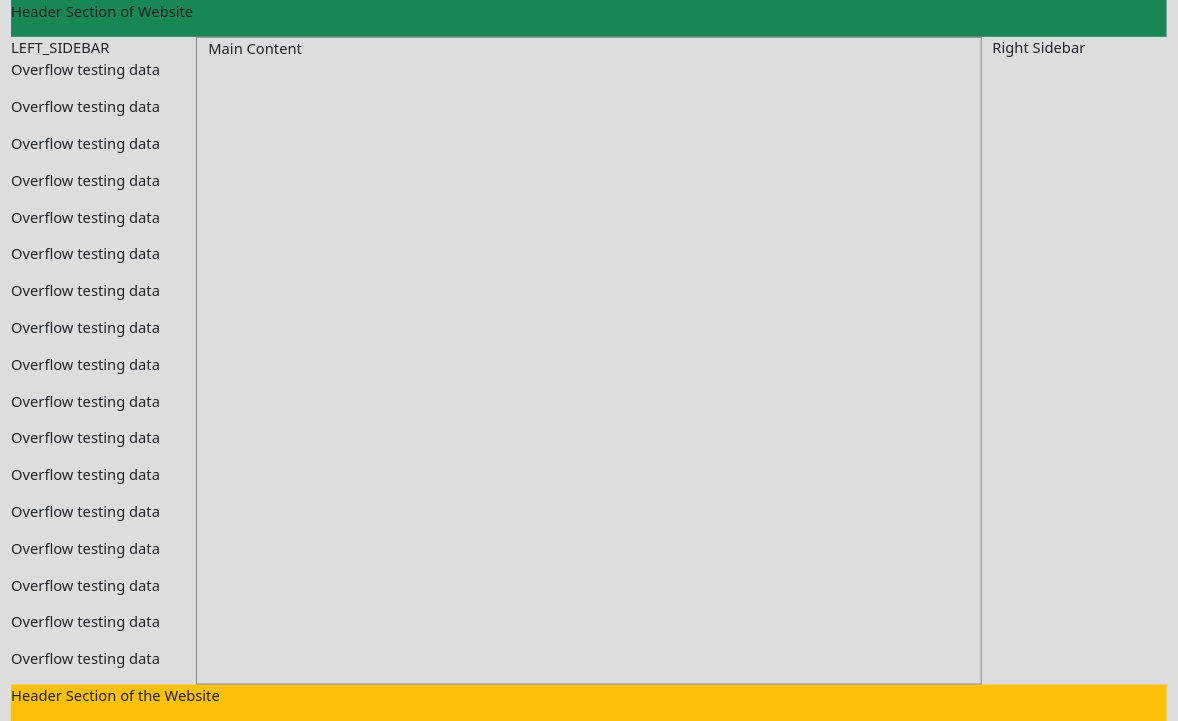
Repository: Dayvid0/BOOTSTRAP-TUTORIALS
Page: BOOTSTRAP-GRID-LAYOUTS/index.html
The author's editor kept a copy of each file at every save. The page is drawn from the files as they stood at one save, then again after the next save.
The browser window is 1280 px wide. The pictures show the whole page, at 92% of full size.

Above is the page before, as saved 2025-01-24 11:04:50.

### BOOTSTRAP-GRID-LAYOUTS/index.html
<!doctype html>
<html lang="en">
  <head>
    <!-- Required meta tags -->
    <meta charset="utf-8">
    <meta name="viewport" content="width=device-width, initial-scale=1">
    <!-- Bootstrap CSS -->
    <link href="https://cdn.jsdelivr.net/npm/bootstrap@5.0.2/dist/css/bootstrap.min.css" rel="stylesheet" integrity="sha384-EVSTQN3/azprG1Anm3QDgpJLIm9Nao0Yz1ztcQTwFspd3yD65VohhpuuCOmLASjC" crossorigin="anonymous">
    <link rel="stylesheet" href="./style.css">
    <title>Hello, world!</title>
  </head>
  <body>
  <div class="container-fluid">
    <div class="header bg-success">
      Header Section of Website
    </div>
    <div class="content">
      <div class="row">
        <div class="col-2 sidebar ">
          LEFT_SIDEBAR
          <p>Overflow testing data</p>
          <p>Overflow testing data</p>
          <p>Overflow testing data</p>
          <p>Overflow testing data</p>
          <p>Overflow testing data</p>
          <p>Overflow testing data</p>
          <p>Overflow testing data</p>
          <p>Overflow testing data</p>
          <p>Overflow testing data</p>
          <p>Overflow testing data</p>
          <p>Overflow testing data</p>
          <p>Overflow testing data</p>
          <p>Overflow testing data</p>
          <p>Overflow testing data</p>
          <p>Overflow testing data</p>
          <p>Overflow testing data</p>
          <p>Overflow testing data</p>
        </div>
        <div class="main-content col-8">
          Main Content
      </div>
      <div class=" col-2 sidebar ">
        Right Sidebar
    </div>
    </div>
  </div>
  <div class="footer bg-warning">
    Header Section of the Website
  </div>
    <script src="https://cdn.jsdelivr.net/npm/bootstrap@5.0.2/dist/js/bootstrap.bundle.min.js" integrity="sha384-MrcW6ZMFYlzcLA8Nl+NtUVF0sA7MsXsP1UyJoMp4YLEuNSfAP+JcXn/tWtIaxVXM" crossorigin="anonymous"></script>
  </body>
</html>

### BOOTSTRAP-GRID-LAYOUTS/style.css
body {
  background-color: #ddd;
}
.header {
  height: 40px;
}
.content {
  min-height: 500px;
}
.footer {
  height: 40px;
}
.sidebar {
  overflow: scroll;
}
.main-content {
  min-height: 500px;
  border: 1px solid grey;
}

After the next save:
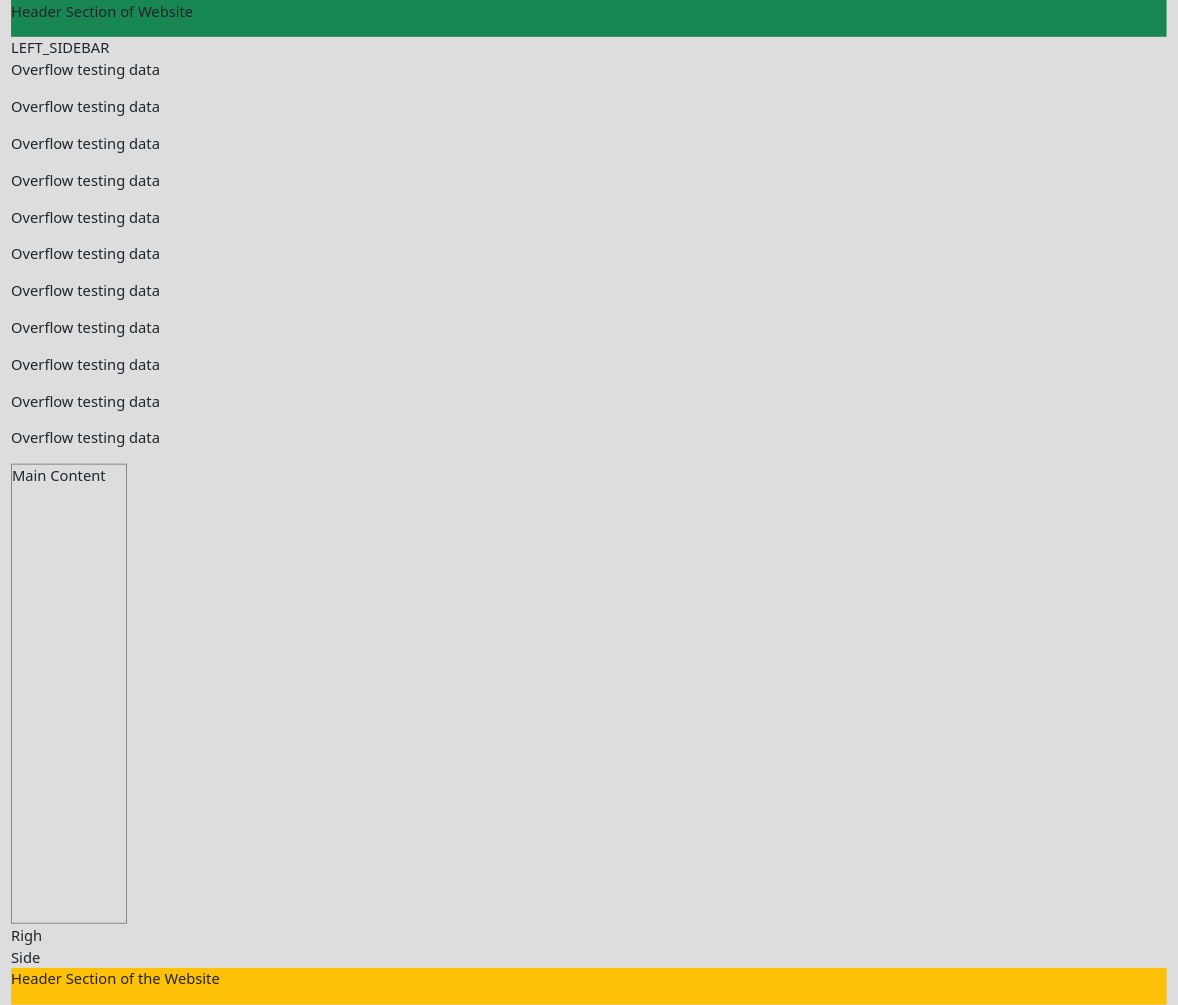
Saved 44 s later.
--- a/BOOTSTRAP-GRID-LAYOUTS/index.html
+++ b/BOOTSTRAP-GRID-LAYOUTS/index.html
@@ -29,13 +29,6 @@
           <p>Overflow testing data</p>
           <p>Overflow testing data</p>
           <p>Overflow testing data</p>
-          <p>Overflow testing data</p>
-          <p>Overflow testing data</p>
-          <p>Overflow testing data</p>
-          <p>Overflow testing data</p>
-          <p>Overflow testing data</p>
-          <p>Overflow testing data</p>
-        </div>
         <div class="main-content col-8">
           Main Content
       </div>
